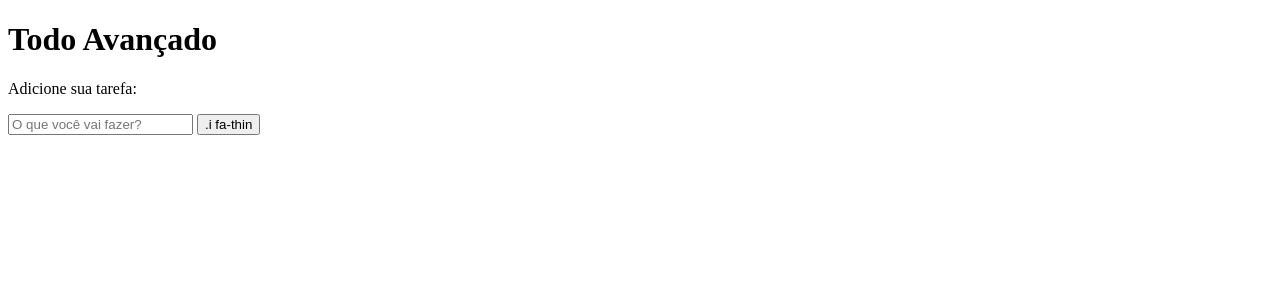
Repository: Guillermomarcon/ProjetoToDo
Page: index.html
These files come from the project's save history. The page is drawn as it stood at one moment and after a run of saves; the edit follows.
The browser window is 1280 px wide. The pictures show the whole page.
Some web libraries are served in a nearby version.

Above is the page before, as saved 2022-08-27 16:40:13.

### index.html
<!DOCTYPE html>
<html lang="pt-br">
<head>
    <meta charset="UTF-8">
    <meta http-equiv="X-UA-Compatible" content="IE=edge">
    <meta name="viewport" content="width=device-width, initial-scale=1.0">
    <title>Todo Avançado</title>
    <!--css do projeto-->
    <link rel="stylesheet" href="estilos/style.css">
    <!--Biblioteca de font vamos usar a Font Awesome  font awesome cdnjs
    encontrado nesse link
    https://cdnjs.com/libraries/font-awesome   -->
    <link rel="stylesheet" href="https://cdnjs.cloudflare.com/ajax/libs/font-awesome/6.1.2/css/all.min.css" integrity="sha512-1sCRPdkRXhBV2PBLUdRb4tMg1w2YPf37qatUFeS7zlBy7jJI8Lf4VHwWfZZfpXtYSLy85pkm9GaYVYMfw5BC1A==" crossorigin="anonymous" referrerpolicy="no-referrer" />
    <!--Js do projeto-->
    <script src="js/javascript.js" defer></script>
</head>
<body>
    <div class="todo-container">
        <header>
            <h1>Todo Avançado</h1>
        </header>
        <form  id="todo-form">
            <p>Adicione sua tarefa:</p>
            <div class="form-control">
                <input type="text" name="input-text" id="todo-input" placeholder="O que você vai fazer?">
                <button type="submit">
                    .i fa-thin
                </button>

            </div>
        </form>


    </div>


</body>
</html>

### estilos/style.css
@charset "UTF-8"

Loaded but not shown: js/javascript.js (no stored copy; drawn as an empty file)

After the next 3 saves:
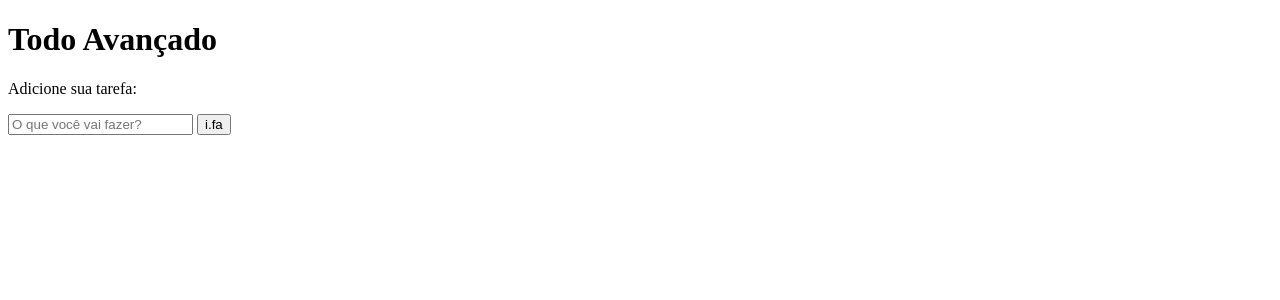
The 3 saves are shown as one change because they came seconds apart.
The last was saved 34 s later.
--- a/index.html
+++ b/index.html
@@ -24,7 +24,7 @@
             <div class="form-control">
                 <input type="text" name="input-text" id="todo-input" placeholder="O que você vai fazer?">
                 <button type="submit">
-                    .i fa-thin
+                    i.fa
                 </button>
 
             </div>
